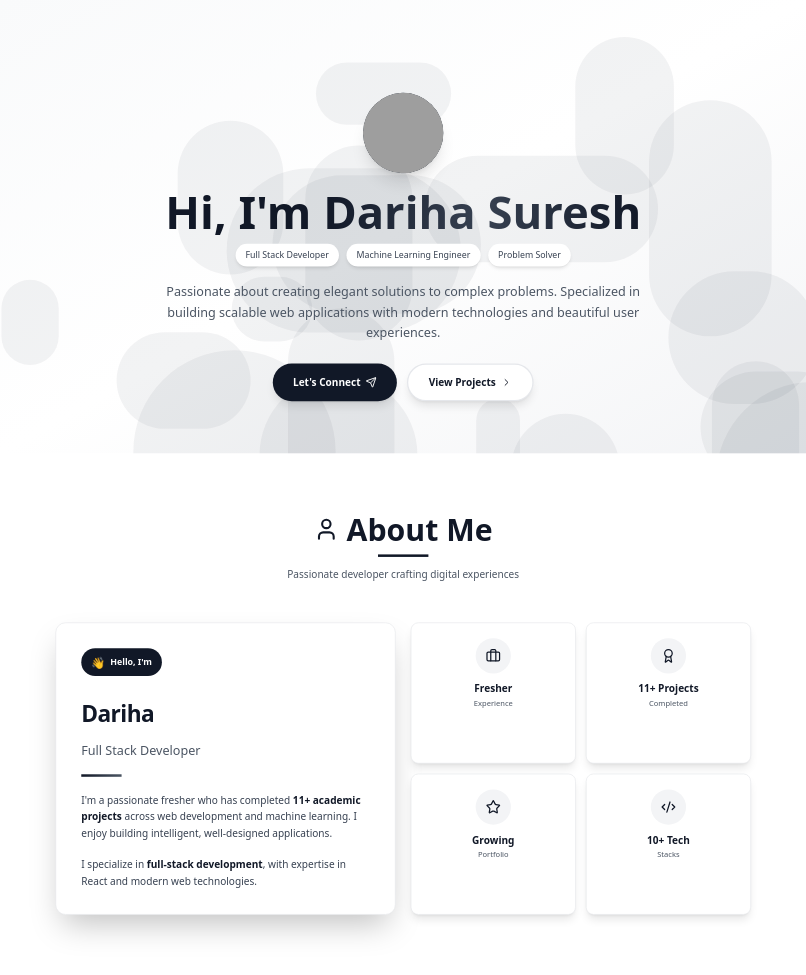
Repository: darihafebi825-collab/react-portfolio
Page: / (app in portapp/)
An editor plug-in stored every save of this project. The page is shown before and after the next save, followed by the edit.
The browser window is 1280 px wide. The pictures show the whole page, at 63% of full size.
Pictures or frames that could not be fetched are drawn as grey boxes. The project was rebuilt for these pictures with package versions that can differ from the ones it lists, and the page was loaded fresh each time.

Above is the page before, as saved 2025-12-24 17:29:41.

### portapp/src/index.js
import React from "react";
import ReactDOM from "react-dom/client";
import App from "./App";
import "./index.css";   // 👈 THIS LINE

const root = ReactDOM.createRoot(document.getElementById("root"));
root.render(
  <React.StrictMode>
    <App />
  </React.StrictMode>
);

### portapp/src/App.js
import React from "react";
import Home from "./Components/Pages/Home";
import Abo from "./Components/Pages/Abo";
import Exp from "./Components/Pages/Exp";
function App() {
  return (
    <div className="App">
      <Home />
 <Abo />

    </div>
  );
}

export default App;

### portapp/src/Components/Pages/Home.js
import React, { useRef } from "react";
import { motion, useScroll, useTransform } from "framer-motion";
import { Send, ChevronRight } from "lucide-react";




const Home = () => {
  const ref = useRef(null);

  const { scrollYProgress } = useScroll({
    target: ref,
    offset: ["start start", "end start"],
  });

  const y = useTransform(scrollYProgress, [0, 1], [0, 200]);
  const opacity = useTransform(scrollYProgress, [0, 0.5], [1, 0]);

  return (
    <section
      ref={ref}
      id="home"
      className="min-h-screen flex items-center justify-center bg-gradient-to-br from-gray-50 via-white to-gray-100 relative overflow-hidden pt-16"
    >
      <div className="absolute inset-0 bg-grid-pattern opacity-5" />

      {[...Array(20)].map((_, i) => (
        <motion.div
          key={i}
          className="absolute rounded-full bg-gray-900/5"
          style={{
            width: Math.random() * 300 + 50,
            height: Math.random() * 300 + 50,
            left: `${Math.random() * 100}%`,
            top: `${Math.random() * 100}%`,
          }}
          animate={{
            y: [0, Math.random() * 50 - 25],
            x: [0, Math.random() * 50 - 25],
            scale: [1, 1.1, 1],
          }}
          transition={{
            duration: Math.random() * 10 + 10,
            repeat: Infinity,
            repeatType: "reverse",
          }}
        />
      ))}

      <motion.div
        style={{ y, opacity }}
        className="relative z-10 text-center px-6 max-w-5xl mx-auto"
      >
        <motion.div
          initial={{ opacity: 0, scale: 0.9 }}
          animate={{ opacity: 1, scale: 1 }}
          transition={{ duration: 0.8 }}
        >
          <div className="mb-6">
            <div className="w-32 h-32 mx-auto rounded-full overflow-hidden shadow-xl">
 <div className="w-32 h-32 mx-auto bg-gray-800 rounded-full flex items-center justify-center overflow-hidden shadow-xl">
  <img
    src="/Images/dari.png"
    alt="Profile"
    className="w-full h-full object-cover"
  />
</div>






            </div>
          </div>

          <h1 className="text-5xl md:text-7xl font-bold text-gray-900 mb-4">
            Hi, I'm{" "}
            <span className="bg-gradient-to-r from-gray-900 via-gray-700 to-gray-900 bg-clip-text text-transparent">
              Dariha Suresh
            </span>
          </h1>

          <div className="flex flex-wrap justify-center gap-3 mb-6">
            {[
              "Full Stack Developer",
              "Machine Learning Engineer",
              "Problem Solver",
            ].map((role, idx) => (
              <motion.span
                key={idx}
                initial={{ opacity: 0, y: 20 }}
                animate={{ opacity: 1, y: 0 }}
                transition={{ delay: 0.2 + idx * 0.1 }}
                className="px-4 py-2 bg-white shadow-md rounded-full text-sm font-medium text-gray-700"
              >
                {role}
              </motion.span>
            ))}
          </div>

          <motion.p
            initial={{ opacity: 0 }}
            animate={{ opacity: 1 }}
            transition={{ delay: 0.5 }}
            className="text-xl text-gray-600 max-w-3xl mx-auto mb-8 leading-relaxed"
          >
            Passionate about creating elegant solutions to complex problems.
            Specialized in building scalable web applications with modern
            technologies and beautiful user experiences.
          </motion.p>

          <motion.div
            initial={{ opacity: 0, y: 20 }}
            animate={{ opacity: 1, y: 0 }}
            transition={{ delay: 0.7 }}
            className="flex flex-wrap justify-center gap-4"
          >
            <motion.button
              whileHover={{ scale: 1.05 }}
              whileTap={{ scale: 0.95 }}
              onClick={() =>
                document
                  .getElementById("contact")
                  ?.scrollIntoView({ behavior: "smooth" })
              }
              className="px-8 py-4 bg-gray-900 text-white rounded-full font-semibold shadow-lg flex items-center gap-2"
            >
              Let's Connect <Send size={18} />
            </motion.button>

            <motion.button
              whileHover={{ scale: 1.05 }}
              whileTap={{ scale: 0.95 }}
              onClick={() =>
                document
                  .getElementById("projects")
                  ?.scrollIntoView({ behavior: "smooth" })
              }
              className="px-8 py-4 bg-white text-gray-900 rounded-full font-semibold shadow-lg border-2 border-gray-200 flex items-center gap-2"
            >
              View Projects <ChevronRight size={18} />
            </motion.button>
          </motion.div>
        </motion.div>
      </motion.div>
    </section>
  );
};

export default Home;

### portapp/src/Components/Pages/Abo.js
import React from "react";
import { motion } from "framer-motion";
import { User, Briefcase, Award, Star, Code2 } from "lucide-react";

const statsData = [
  { icon: Briefcase, label: "Fresher", desc: "Experience", delay: 0.9 },
  { icon: Award, label: "11+ Projects", desc: "Completed", delay: 1.0 },
  { icon: Star, label: "Growing", desc: "Portfolio", delay: 1.1 },
  { icon: Code2, label: "10+ Tech", desc: "Stacks", delay: 1.2 },
];

const Abo = () => {
  return (
    <section id="about" className="py-24 bg-white relative overflow-hidden">
      <div className="max-w-6xl mx-auto px-6 relative z-10">
        {/* Header */}
        <motion.div
          initial={{ opacity: 0, y: 30 }}
          whileInView={{ opacity: 1, y: 0 }}
          viewport={{ once: true }}
          className="text-center mb-16"
        >
          <h2 className="text-4xl md:text-5xl font-bold text-gray-900 mb-4 flex items-center justify-center gap-3">
            <User size={40} /> About Me
          </h2>
          <div className="w-20 h-1 bg-gray-900 mx-auto mb-4" />
          <p className="text-gray-600 max-w-2xl mx-auto">
            Passionate developer crafting digital experiences
          </p>
        </motion.div>

        {/* Content */}
        <div className="grid grid-cols-1 md:grid-cols-2 gap-6">
          {/* Left card */}
          <motion.div
            initial={{ opacity: 0, x: -100 }}
            whileInView={{ opacity: 1, x: 0 }}
            viewport={{ once: true }}
            transition={{ duration: 0.8 }}
            className="bg-white rounded-2xl p-10 shadow-2xl border border-gray-200 relative overflow-hidden"
          >
            <div className="space-y-6 relative z-10">
              <motion.div
                initial={{ scale: 0 }}
                whileInView={{ scale: 1 }}
                transition={{ delay: 0.3, type: "spring" }}
                className="inline-flex items-center gap-2 px-4 py-2 bg-gray-900 text-white text-sm font-semibold rounded-full mb-4"
              >
                <span className="text-lg">👋</span> Hello, I'm
              </motion.div>

              <motion.h3
                initial={{ opacity: 0, y: 20 }}
                whileInView={{ opacity: 1, y: 0 }}
                transition={{ delay: 0.4 }}
                className="text-4xl font-bold text-gray-900 mb-2 tracking-tight"
              >
                Dariha
              </motion.h3>

              <motion.p
                initial={{ opacity: 0, y: 20 }}
                whileInView={{ opacity: 1, y: 0 }}
                transition={{ delay: 0.5 }}
                className="text-gray-600 text-xl mb-4 font-medium"
              >
                Full Stack Developer
              </motion.p>

              <motion.div
                initial={{ width: 0 }}
                whileInView={{ width: 64 }}
                transition={{ delay: 0.6, duration: 0.5 }}
                className="h-1 bg-gradient-to-r from-gray-900 to-gray-600 mb-6"
              />

              <motion.p
                initial={{ opacity: 0 }}
                whileInView={{ opacity: 1 }}
                transition={{ delay: 0.7 }}
                className="text-gray-700 leading-relaxed text-base"
              >
                I'm a passionate fresher who has completed{" "}
                <span className="font-bold text-gray-900">11+ academic projects</span>{" "}
                across web development and machine learning. I enjoy building intelligent,
                well-designed applications.
              </motion.p>

              <motion.p
                initial={{ opacity: 0 }}
                whileInView={{ opacity: 1 }}
                transition={{ delay: 0.8 }}
                className="text-gray-700 leading-relaxed text-base"
              >
                I specialize in{" "}
                <span className="font-bold text-gray-900">full-stack development</span>, with
                expertise in React and modern web technologies.
              </motion.p>
            </div>
          </motion.div>

          {/* Right stats grid */}
          <motion.div
            initial={{ opacity: 0, x: 100 }}
            whileInView={{ opacity: 1, x: 0 }}
            viewport={{ once: true }}
            transition={{ duration: 0.8, ease: "easeOut", delay: 0.2 }}
            className="grid grid-cols-2 gap-4"
          >
            {statsData.map((stat, idx) => (
              <motion.div
                key={idx}
                initial={{ opacity: 0, scale: 0, rotate: -180 }}
                whileInView={{ opacity: 1, scale: 1, rotate: 0 }}
                viewport={{ once: true }}
                transition={{ delay: stat.delay, type: "spring", stiffness: 200, damping: 15 }}
                whileHover={{
                  scale: 1.05,
                  y: -5,
                  boxShadow: "0 20px 40px -10px rgba(0,0,0,0.3)",
                }}
                className="bg-white p-6 rounded-xl text-center shadow-lg border border-gray-200 relative overflow-hidden group cursor-pointer"
              >
                <div className="relative z-10">
                  <motion.div
                    whileHover={{ rotate: 360 }}
                    transition={{ duration: 0.6 }}
                    className="bg-gray-100 w-14 h-14 rounded-full flex items-center justify-center mx-auto mb-3 group-hover:bg-white transition-colors"
                  >
                    <stat.icon className="text-gray-900" size={24} />
                  </motion.div>
                  <div className="font-bold text-gray-900 text-base mb-1 group-hover:text-white transition-colors">
                    {stat.label}
                  </div>
                  <div className="text-xs text-gray-600 group-hover:text-gray-300 transition-colors">
                    {stat.desc}
                  </div>
                </div>
              </motion.div>
            ))}
          </motion.div>
        </div>
      </div>
    </section>
  );
};

export default Abo;

### portapp/src/Components/Pages/Exp.js
import React from "react";
import { motion } from "framer-motion";
import { Briefcase, Code2, Calendar, MapPin, ChevronRight } from "lucide-react";

const experiences = [
  {
    title: "Web Development – React JS",
    company: "Shristi Innovative",
    period: "Apr 2024",
    location: "Technopark, Trivandrum",
    description: "Built dynamic UI components and implemented routing in React.",
    tech: ["React JS", "JavaScript (ES6+)", "HTML5", "CSS3", "React Router", "Tailwind CSS", "Git & GitHub"],
  },
  {
    title: "Machine Learning Engineer",
    company: "Ms SquareD Software",
    period: "Mar – Jun 2025",
    location: "Technopark, Trivandrum",
    description: "Contributed to training and testing models for yoga pose recognition",
    tech: ["Python", "TensorFlow", "Keras", "PyTorch", "OpenCV", "NumPy", "Pandas", "Scikit-learn", "Jupyter Notebook", "Git & GitHub"],
  },
  {
    title: "Web Developer",
    company: "Zalima Development Pvt Ltd",
    period: "Dec 2025 - Present",
    location: "Bangalore",
    description: "Contributed to various client projects",
    responsibilities: [
      "Built and maintained client-facing web applications",
      "Wrote unit and integration tests increasing coverage to 85%",
      "Fixed bugs and implemented new features",
      "Collaborated with designers to implement pixel-perfect UIs",
    ],
    tech: ["JavaScript", "React", "Python", "MySQL"],
  },
];

const Exp = () => {
  return (
    <section
      id="experience"
      className="py-24 bg-gradient-to-b from-gray-900 via-gray-800 to-gray-900 relative overflow-hidden"
    >
      <div className="max-w-7xl mx-auto px-6 relative z-10">

        {/* Header */}
        <div className="flex items-center justify-between mb-20">
          <motion.div
            initial={{ scale: 0 }}
            whileInView={{ scale: 1 }}
            transition={{ type: "spring", stiffness: 200, damping: 15 }}
            className="bg-white p-6 rounded-2xl shadow-2xl"
          >
            <Briefcase size={48} className="text-gray-900" />
          </motion.div>

          <motion.div
            initial={{ x: 50, opacity: 0 }}
            whileInView={{ x: 0, opacity: 1 }}
            transition={{ duration: 0.8 }}
            className="text-right"
          >
            <h2 className="text-5xl md:text-6xl font-bold text-white mb-4">
              Experience Showcase
            </h2>
            <motion.div
              initial={{ width: 0 }}
              whileInView={{ width: 100 }}
              transition={{ duration: 0.8, delay: 0.2 }}
              className="h-1.5 bg-white mx-auto md:ml-auto mb-4 rounded-full"
            />
            <p className="text-gray-300 max-w-xs md:ml-auto text-lg font-medium">
              A journey through my professional experience
            </p>
          </motion.div>
        </div>

        {/* Experience Cards */}
        <div className="grid grid-cols-1 md:grid-cols-3 gap-12 md:gap-8">
          {experiences.map((exp, idx) => (
            <motion.div
              key={idx}
              initial={{ opacity: 0, y: 100 }}
              whileInView={{ opacity: 1, y: 0 }}
              viewport={{ once: true }}
              transition={{ delay: idx * 0.2, duration: 0.8, type: "spring", stiffness: 100 }}
            >
              <div className="relative bg-gray-800 rounded-xl p-6 shadow-xl border border-gray-700 overflow-hidden group">

                {/* Step Indicator */}
                <div className="absolute -top-4 -right-4 w-16 h-16 bg-white rounded-full flex items-center justify-center font-bold text-2xl text-gray-900 shadow-xl border-4 border-gray-700">
                  {idx + 1}
                </div>

                {/* Content */}
                <div className="relative z-10 pt-2">
                  <div className="flex items-start gap-3 mb-4">
                    <div className="bg-white p-3 rounded-xl shadow-lg">
                      <Code2 size={24} className="text-gray-900" />
                    </div>
                    <div className="flex-1 min-w-0">
                      <h3 className="text-xl font-bold text-white mb-1 leading-tight">
                        {exp.title}
                      </h3>
                      <p className="text-gray-300 font-semibold">{exp.company}</p>
                    </div>
                  </div>

                  <div className="flex flex-wrap gap-2 mb-4">
                    <span className="flex items-center gap-1.5 bg-gray-700 text-gray-100 px-3 py-1.5 rounded-lg text-xs font-medium">
                      <Calendar size={12} />
                      {exp.period}
                    </span>
                    <span className="flex items-center gap-1.5 bg-gray-600 text-gray-100 px-3 py-1.5 rounded-lg text-xs font-medium shadow-md">
                      <MapPin size={12} />
                      {exp.location}
                    </span>
                  </div>

                  <p className="text-sm text-gray-300 mb-3 pl-3 border-l-2 border-white italic leading-relaxed">
                    {exp.description}
                  </p>

                  {exp.responsibilities && (
                    <ul className="space-y-1.5 mb-4">
                      {exp.responsibilities.map((resp, i) => (
                        <li key={i} className="text-xs text-gray-300 flex items-start gap-2">
                          <ChevronRight size={14} className="mt-0.5 flex-shrink-0 text-white" />
                          <span>{resp}</span>
                        </li>
                      ))}
                    </ul>
                  )}

                  <div className="flex flex-wrap gap-2">
                    {exp.tech.slice(0, 5).map((t, i) => (
                      <span key={i} className="px-2.5 py-1 bg-white text-gray-900 text-xs rounded-lg font-medium shadow-md">
                        {t}
                      </span>
                    ))}
                    {exp.tech.length > 5 && (
                      <span className="px-2.5 py-1 bg-gray-600 text-gray-300 text-xs rounded-lg font-medium">
                        +{exp.tech.length - 5}
                      </span>
                    )}
                  </div>

                </div>
              </div>
            </motion.div>
          ))}
        </div>

      </div>
    </section>
  );
};

export default Exp;

Loaded but not shown: portapp/src/index.css (common file); portapp/tailwind.config.js (common file)

After the next save:
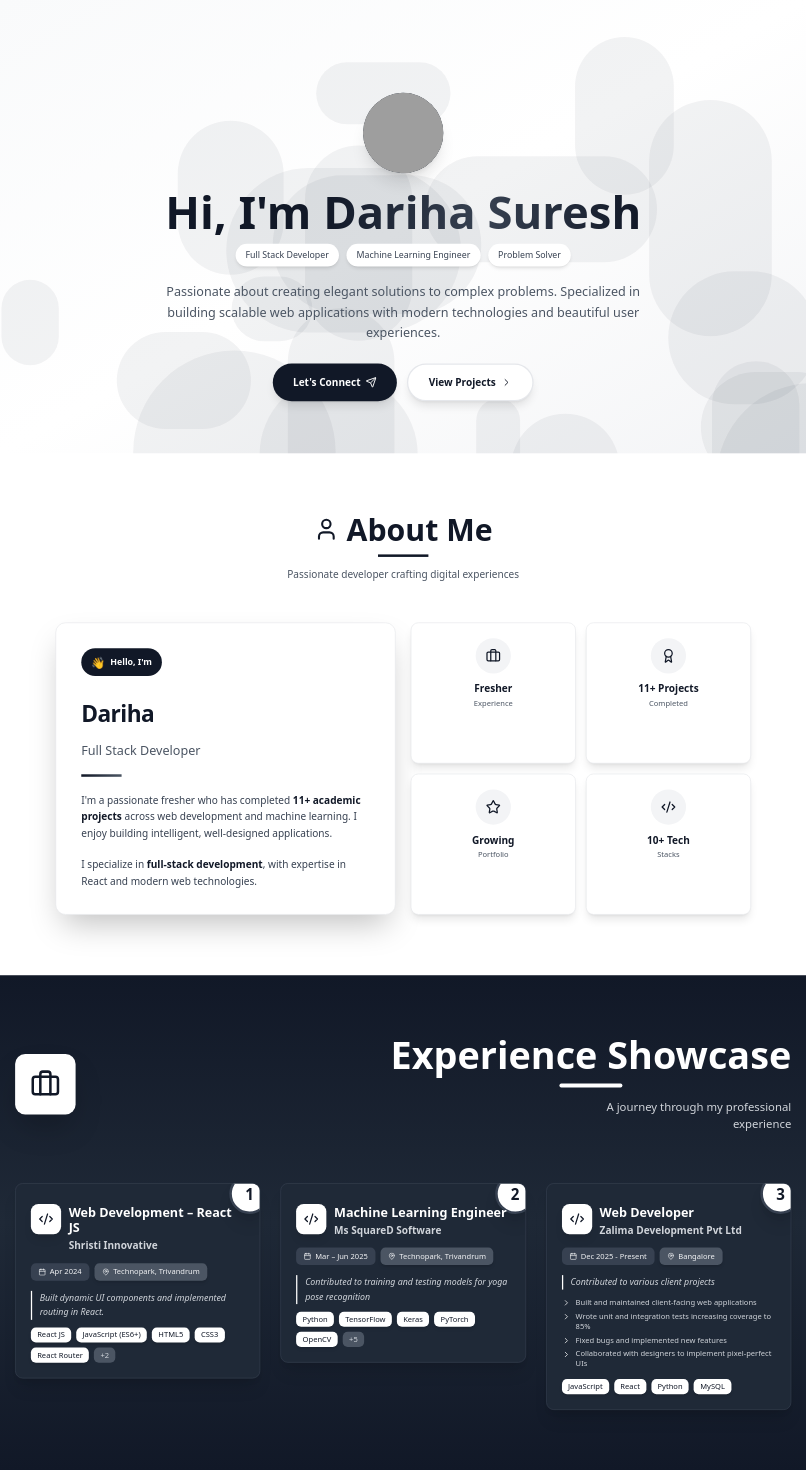
Saved 11 s later.
--- a/portapp/src/App.js
+++ b/portapp/src/App.js
@@ -7,7 +7,7 @@ function App() {
     <div className="App">
       <Home />
  <Abo />
-
+    <Exp />
     </div>
   );
 }
